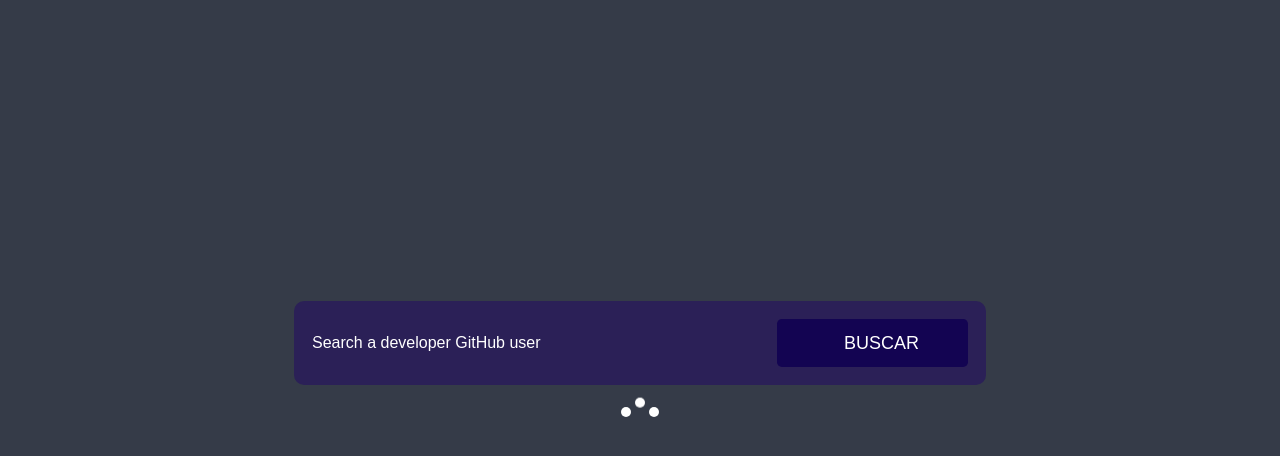
Repository: jeraldinnemg/githubprofile
Page: index.html
An editor plug-in stored every save of this project. The page is shown before and after the next save, followed by the edit.
The browser window is 1280 px wide. The pictures show the whole page.

Above is the page before, as saved 2022-10-02 10:41:19.

### index.html
<!DOCTYPE html>
<html lang="en">
<head>
    <meta charset="UTF-8">
    <meta http-equiv="X-UA-Compatible" content="IE=edge">
    <meta name="viewport" content="width=device-width, initial-scale=1.0">
    <link rel="stylesheet" href="https://cdnjs.cloudflare.com/ajax/libs/font-awesome/5.15.2/css/all.min.css" integrity="sha512-HK5fgLBL+xu6dm/Ii3z4xhlSUyZgTT9tuc/hSrtw6uzJOvgRr2a9jyxxT1ely+B+xFAmJKVSTbpM/CuL7qxO8w==" crossorigin="anonymous" />

    <link rel="stylesheet" href="style.css">
    <title>Github profiles</title>
</head>
<body class="loader">

    <div class="container">
        <form class="user-form">
            <input class=type="text" class="search" id="search" placeholder="Search a developer GitHub user">
            <button type="submit">
                <div class="icon">
                    <i class="fas fa-search"></i>
                </div>
                <span>Buscar</span>
            </button>
        </form>

        <main class="main">
            <!-- <div class="card">
                <div class="profile-image">
                    <img src="" alt="avatar" id="avatar">
                </div>
                <div class="profile-content">
                    <h1>Jeraldinnemg</h1>
                    <p> Lorem ipsum dolor sit amet, consectetur adipiscing elit, sed do eiusmod tempor incididunt ut labore et dolore magna aliqua.</p>
                        <ul class="user-statistics">
                            <li>300 <strong>followers</strong></li>
                            <li>30 <strong>following</strong></li>
                            <li>30 <strong>repos</strong></li>
                        </ul>
                    <div class="user-repos" id="user-repos">
                        <a href="#" class="repo">repo1</a>
                        <a href="#" class="repo">repo2</a>
                        <a href="#" class="repo">repo3</a>
                    </div>
                </div>
            </div>  -->
        </main>
    </div>

    <div class="loading">
        <div class="circle"></div>
        <div class="circle"></div>
        <div class="circle"></div>
    </div>


    <script src="script.js"></script>
</body>
</html>

### style.css
@import url('https://fonts.googleapis.com/css2?family=Poppins:wght@400;500&display=swap');

* {
    margin:0;
    padding:0;
    box-sizing: border-box;
}

body {
    font-family: 'Poppins', 'sans-serif';
    font-size:1.125rem;
    background-color: #0a162c;
    color: #fff;
    display: flex;
    flex-direction: column;
    justify-content: center;
    align-items: center;
    height: 100vh;

    background-repeat: no-repeat;
    background-size: cover;
    background-position: center;
}

.loader {
background-color: #353b48;;
}

.container {
    display: flex;
    flex-direction: column;
    justify-content: flex-start;
    align-items: center;
    text-align: start;
    gap:20px;
}

.user-form {

    background-color: #2b2057;
    max-width: 700px;
    display: flex;
    justify-content: space-around;
    align-items: center;
    border-radius: 10px;
    position: relative;
    padding: 1em;
    box-shadow:  0 5px 10px rgba(154, 160, 185, 0.05),
    0 15px 40px rgba(0, 0, 0, 0.1px) ;
}

.user-form input{
    width:100%;
    min-width: 400px;
    display: block;
    background-color: transparent;
    border: none;
    border-radius: 10px;
    font-size: 1rem;
    color:#fff;
    text-align:start;
}

.user-form input::placeholder {
    color: #fff;
  }

  .user-form input:focus {
    outline: none;
    background-color: transparent;
  }

  .user-form button {
    width: 20vw;
    background-color:  #130452;
    color: #fff;
    padding: 1.5rem 1rem;
    border-radius: .3rem;
    font-size: inherit;
    font-weight: 400;
    border: none;
    cursor:pointer;
    display: inline-flex;
    align-items: center;
    text-align:   center;;
    position: relative;
    text-transform: uppercase;;
  }

  .user-form button span{
    transition: 0.4s ease-in-out all;
	position:absolute;
	left: 35%; /*This mesuare is manual it depends on the longitude of the text*/
  }

  .user-form button .icon{

    position:absolute;
	z-index:2;
	left: -40px;
	transition: 0.3s ease-in-out all;
	opacity:0;
  }

  .user-form button i {
	font-size: 1rem;
	color: #fff;
  }

  .user-form button:hover {
    background-color:  #876dee;
  }

  .user-form button:hover .icon{
      left: 100px;
      opacity:1;
  }

  .user-form button:hover span{
      left:20px;
  }

  .user-form input:focus{
    border: none;
}

.user-form ul {
    list-style: none;
}

.user-form .fa-sharp{
    display: block;
    font-size: 1rem;
    color: #9abae2;
}

.card {
    max-width: 800px;
    display: flex;
    flex-direction: row;
    justify-content: space-around;
    background-color: #2b2057;
    box-shadow:  0 5px 10px rgba(154, 160, 185, 0.05),
    0 15px 40px rgba(0, 0, 0, 0.1px) ;
    padding: 3em;
    margin: 0 1.5rem;
    border-radius: 20px;
    gap:30px;
}

img {
    border-radius: 50%;
    border: 5px solid #9abae2;
    height: 150px;
    width: 150px;;
}

.profile-content {
    color: #eee;
}

.profile-content h1{
   color: #876dee;
}

.profile-content ul{
    list-style-type: none;
    display: flex;
    justify-content: space-between;
    padding: 0;
    gap:20px;
    margin-top: 1rem;
}

.profile-content ul li strong {
    font-size: 0.9rem;
    margin-left: 0.5;
    font-size: inherit;
}

.repos {
    display: flex;
    justify-content: space-between;
    text-decoration: none;
    font-size:0.85rem;
    margin-right: 0.5rem;
    padding: 0.75em 0.5em;
    gap:20px;
}

.repos a{
    text-decoration: none;
    color: #fff;
    background-color: #876dee;

}

.repos a:hover{
    color: #876dee;
    background-color: #fff;
}

@media (max-width: 500px) {
    .card {
        flex-direction: column;
        max-width: 400px;
    }

    .user-form{
        flex-direction: column;
        align-items: center;
        justify-content: center;
    }

    .user-form button {
        width: 40vw;
        margin-top: 1.5rem;
    }

    .repos {
        flex-direction: column;
    }
}


.loading {
    display: flex;
  }

  .circle {
    background-color: #fff;
    border-radius: 50%;
    margin: 2px;
    height: 10px;
    width: 10px;
    animation: jump 0.5s ease-in infinite;
  }

  .circle:nth-of-type(2) {
    animation-delay: 0.1s;
  }

  .circle:nth-of-type(2) {
    animation-delay: 0.2s;
  }

  @keyframes jump {
    0% {
      transform: translateY(0);
    }

    50% {
      transform: translateY(-10px);
    }
  }

### script.js

const main = document.querySelector('.main')
const form = document.querySelector('.user-form')

/* -------------------------------------------------------------------------- */
/*                 Funtion Get user                                           */
/* -------------------------------------------------------------------------- */

function getUser(username){
  const urlUsuario = `https://api.github.com/users/${username}`;
  fetch(urlUsuario)
  .then(response => response.json())
  .then(data => {
 //   console.log(data)  Prints result from `response.json()` in getRequest
    createUserCard(data);
    getRepos(username);
  })
  .catch(err => {
    if(err.response.status == 404) {
      createErrorCard('No profile with this username')
    }
  })
}

/* -------------------------------------------------------------------------- */
/*                 Funtion Get repos                                           */
/* -------------------------------------------------------------------------- */

function getRepos(username){
  const urlRepo = `https://api.github.com/users/${username}/repos?sort=created`;
  fetch(urlRepo)
  .then(response => response.json())
  .then(data => {
    addReposToCard(data);
  })
  .catch(err => {
    createErrorCard('No profile with this username');
  })
}

/* -------------------------------------------------------------------------- */
/*                 Funtion Error card                                 */
/* -------------------------------------------------------------------------- */

function createErrorCard(msg) {

  const cardHTML = `
      <div class="card">
          <h1>${msg}</h1>
      </div>
  `
  main.innerHTML = cardHTML
  }


/* -------------------------------------------------------------------------- */
/*                 Funtion Renderize usercard                                 */
/* -------------------------------------------------------------------------- */

function createUserCard(user){
const cardHTML = `
                 <div class="card">
                 <div class="profile-image">
                     <img src="${user.avatar_url}" alt="${user.name}" id="avatar">
                 </div>
                 <div class="profile-content">
                     <h1>${user.name}</h1>
                     <p>${user.bio} </p>
                         <ul class="user-statistics">
                             <li>${user.followers} <strong>followers</strong></li>
                             <li>${user.following} <strong>following</strong></li>
                             <li>${user.public_repos} <strong>repos</strong></li>
                         </ul>
                     <div class="repos" id="repos">
                     </div>
                 </div>
             </div>
   `
   main.innerHTML = cardHTML;
}




/* -------------------------------------------------------------------------- */
/*                 Funtion Add repos                               */
/* -------------------------------------------------------------------------- */

function addReposToCard(repos) {
  const reposEl = document.querySelector('.repos')
  repos
      .slice(0, 5)
      .forEach(repo => {
          const repoEl = document.createElement('a')
          repoEl.classList.add('repo')
          repoEl.href = repo.html_url
          repoEl.target = '_blank'
          repoEl.innerText = repo.name

          reposEl.appendChild(repoEl)
      })
}

/* -------------------------------------------------------------------------- */
/*                 Funtion getUser github                                */
/* -------------------------------------------------------------------------- */

form.addEventListener('submit', (event) => {
  event.preventDefault()
  const user = search.value;
  if(user) {
    getUser(user)
    search.value = ''
  }
});

After the next save:
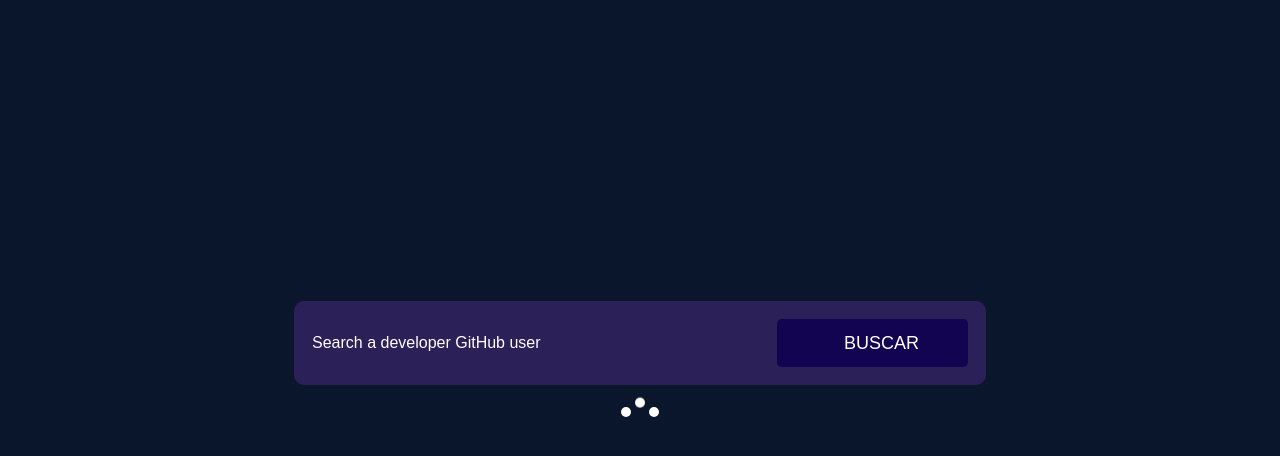
Saved 17 s later.
--- a/style.css
+++ b/style.css
@@ -22,9 +22,6 @@ body {
     background-position: center;
 }
 
-.loader {
-background-color: #353b48;;
-}
 
 .container {
     display: flex;
